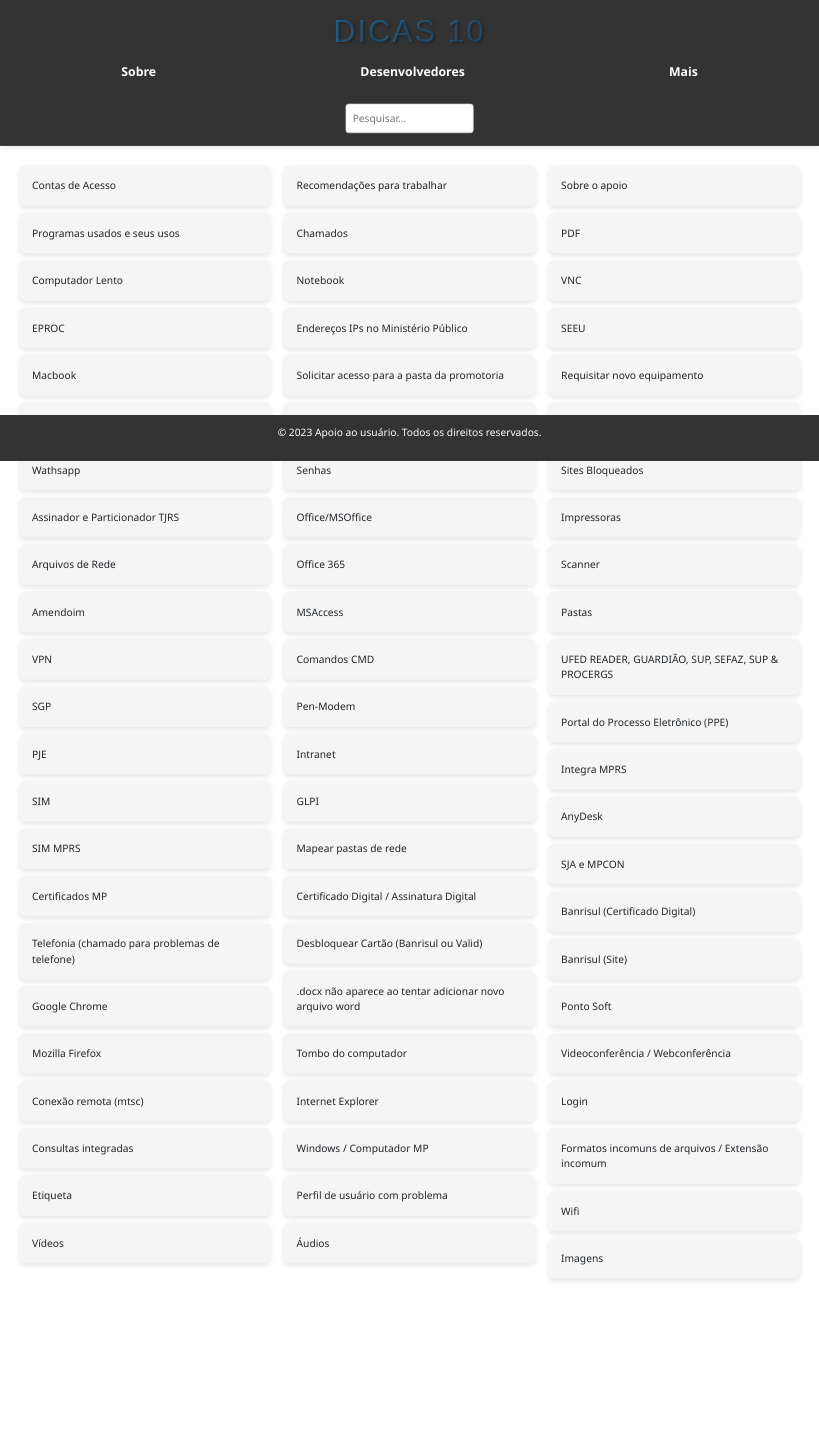
Repository: I4guito/dicasdez
Page: Dicas site/index.html
An editor plug-in stored every save of this project. The page is shown before and after the next save, followed by the edit.
The browser window is 1280 px wide. The pictures show the whole page, at 64% of full size.

Above is the page before, as saved 2023-12-11 12:17:21.

### Dicas site/index.html
<!DOCTYPE html>
<html lang="en">
<head>
    <meta charset="UTF-8">
    <meta name="viewport" content="width=device-width, initial-scale=1, shrink-to-fit=no">
    <link rel="stylesheet" href="https://stackpath.bootstrapcdn.com/bootstrap/4.3.1/css/bootstrap.min.css">
    <script src="https://code.jquery.com/jquery-3.3.1.slim.min.js"></script>
    <script src="https://stackpath.bootstrapcdn.com/bootstrap/4.3.1/js/bootstrap.min.js"></script>
    <link rel="stylesheet" href="styles.css">
    <script src="script.js"></script>

    <title>Dicas 10</title>
</head>
<body>
    <header>
        <h1>Dicas 10</h1>
        <nav>
            <ul>
                <li><a href="/Dicas site/Sobre/sobre.html">Sobre </a></li>
                <li><a href="/Dicas site/Desenvolvedores/desen.html">Desenvolvedores</a></li>
                <li><a href="/Dicas site/Mais/Mais.html">Mais</a></li>
            </ul>
        </nav>
        <input type="text" id="searchBar" placeholder="Pesquisar..." oninput="filterItems()">
    </header>

    <main>
        <div class="column" id="column1">
            <div class="box" onclick="openPage('/Dicas site/Dicas/contasacesso')">Contas de Acesso</div>
            <div class="box" onclick="openPage('/Dicas site/programas/programas')">Programas usados e seus usos</div>
            <div class="box" onclick="openPage('Dicas/pclento')">Computador Lento</div>
            <div class="box" onclick="openPage('Dicas/eproc')">EPROC</div>
            <div class="box" onclick="openPage('Dicas/macbook')">Macbook</div>
            <div class="box" onclick="openPage('Dicas/dns')">DNS</div>
            <div class="box" onclick="openPage('Dicas/waths')">Wathsapp</div>
            <div class="box" onclick="openPage('Dicas/tjrsap')">Assinador e Particionador TJRS</div>
            <div class="box" onclick="openPage('Dicas/arquivosderede')">Arquivos de Rede</div>
            <div class="box" onclick="openPage('Dicas/amendoim')">Amendoim</div>
            <div class="box" onclick="openPage('Dicas/vpn')">VPN</div>
            <div class="box" onclick="openPage('Dicas/SGP')">SGP</div>
            <div class="box" onclick="openPage('Dicas/PJE')">PJE</div>
            <div class="box" onclick="openPage('Dicas/SIM')">SIM</div>
            <div class="box" onclick="openPage('Dicas/SIMMPRS')">SIM MPRS</div>
            <div class="box" onclick="openPage('Dicas/certmp')">Certificados MP</div>
            <div class="box" onclick="openPage('Dicas/telefonia')">Telefonia (chamado para problemas de telefone)</div>
            <div class="box" onclick="openPage('Dicas/chrome')">Google Chrome</div>
            <div class="box" onclick="openPage('Dicas/mozilla')">Mozilla Firefox</div>
            <div class="box" onclick="openPage('Dicas/mtsc')">Conexão remota (mtsc)</div>
            <div class="box" onclick="openPage('Dicas/consultasi')">Consultas integradas</div>
            <div class="box" onclick="openPage('Dicas/etiqueta')">Etiqueta</div>
            <div class="box" onclick="openPage('Dicas/sobrevideos')">Vídeos</div>
        </div>

        <div class="column" id="column2">
            <div class="box" onclick="openPage('Dicas/recomenda')">Recomendações para trabalhar</div>
            <div class="box" onclick="openPage('Dicas/chamado')">Chamados</div>
            <div class="box" onclick="openPage('Dicas/notebook')">Notebook</div>
            <div class="box" onclick="openPage('Dicas/ips')">Endereços IPs no Ministério Público</div>
            <div class="box" onclick="openPage('Dicas/pastapro')">Solicitar acesso para a pasta da promotoria</div>
            <div class="box" onclick="openPage('Dicas/pendrive')">Pendrive</div>
            <div class="box" onclick="openPage('Dicas/senhas')">Senhas</div>
            <div class="box" onclick="openPage('Dicas/msoffice')">Office/MSOffice</div>
            <div class="box" onclick="openPage('Dicas/365')">Office 365</div>
            <div class="box" onclick="openPage('Dicas/access')">MSAccess</div>
            <div class="box" onclick="openPage('Dicas/cmd')">Comandos CMD</div>
            <div class="box" onclick="openPage('Dicas/penmodem')">Pen-Modem</div>
            <div class="box" onclick="openPage('Dicas/Intranet')">Intranet</div>
            <div class="box" onclick="openPage('Dicas/GLPI')">GLPI</div>
            <div class="box" onclick="openPage('Dicas/maprede')">Mapear pastas de rede</div>
            <div class="box" onclick="openPage('Dicas/certificadoeassinatura')">Certificado Digital / Assinatura Digital</div>
            <div class="box" onclick="openPage('Dicas/banvalid')">Desbloquear Cartão (Banrisul ou Valid) </div>
            <div class="box" onclick="openPage('Dicas/docxn')">.docx não aparece ao tentar adicionar novo arquivo word</div>
            <div class="box" onclick="openPage('Dicas/tombo')">Tombo do computador</div>
            <div class="box" onclick="openPage('Dicas/explorer')">Internet Explorer</div>
            <div class="box" onclick="openPage('Dicas/windows compmp')">Windows / Computador MP</div>
            <div class="box" onclick="openPage('Dicas/perfilproblema')">Perfil de usuário com problema</div>
            <div class="box" onclick="openPage('Dicas/sobreaudios')">Áudios</div>
        </div>

        <div class="column" id="column3">
            <div class="box" onclick="openPage('Dicas/sapoio')">Sobre o apoio</div>
            <div class="box" onclick="openPage('Dicas/pdf')">PDF</div>
            <div class="box" onclick="openPage('Dicas/vnc')">VNC</div>
            <div class="box" onclick="openPage('Dicas/seeu')">SEEU</div>
            <div class="box" onclick="openPage('Dicas/requisiçãoequip')">Requisitar novo equipamento</div>
            <div class="box" onclick="openPage('Dicas/leitorcartao')">Leitor de Cartão</div>
            <div class="box" onclick="openPage('Dicas/cgasite')">Sites Bloqueados</div>
            <div class="box" onclick="openPage('Dicas/impressoras')">Impressoras</div>
            <div class="box" onclick="openPage('Dicas/scanner')">Scanner</div>
            <div class="box" onclick="openPage('Dicas/pasta')">Pastas</div>
            <div class="box" onclick="openPage('Dicas/alguns sistemas')">UFED READER, GUARDIÃO, SUP, SEFAZ, SUP & PROCERGS</div>
            <div class="box" onclick="openPage('Dicas/PPE')">Portal do Processo Eletrônico (PPE)</div>
            <div class="box" onclick="openPage('Dicas/integra')">Integra MPRS</div>
            <div class="box" onclick="openPage('Dicas/anydesk')">AnyDesk</div>
            <div class="box" onclick="openPage('Dicas/sja')">SJA e MPCON</div>
            <div class="box" onclick="openPage('Dicas/banricert')">Banrisul (Certificado Digital)</div>
            <div class="box" onclick="openPage('Dicas/banrisite')">Banrisul (Site)</div>
            <div class="box" onclick="openPage('Dicas/pontosoft')">Ponto Soft</div>
            <div class="box" onclick="openPage('Dicas/videoconfe')">Videoconferência / Webconferência</div>
            <div class="box" onclick="openPage('Dicas/loginmp')">Login</div>
            <div class="box" onclick="openPage('Dicas/formatosinc')">Formatos incomuns de arquivos / Extensão incomum</div>
            <div class="box" onclick="openPage('Dicas/wifi')">Wifi</div>
            <div class="box" onclick="openPage('Dicas/sobreimagens')">Imagens</div>
        </div>
    </main><br><br><br><br><br><br><br><br><br>


    <footer>
        <p>&copy; 2023 Apoio ao usuário. Todos os direitos reservados.</p>
    </footer>

</body>
</html>

### Dicas site/styles.css
body {
    font-family: 'Segoe UI', Tahoma, Geneva, Verdana, sans-serif;
    margin: 0;
    padding: 0;

}

header {
    background-color: #333;
    color: #fff;
    text-align: center;
    padding: 20px;
    box-shadow: 0 4px 8px rgba(0, 0, 0, 0.1);
}

header h1{
    margin: 0;
    font-size: 3em;
    font-family: 'Quicksand', sans-serif; /* Fonte personalizada do Google Fonts */
    color: #fff;
    text-transform: uppercase; /* Transforma o texto para maiúsculas */
    letter-spacing: 3px; /* Espaçamento entre letras */
    background: linear-gradient(135deg, #2980b9, #2c3e50); /* Gradiente azul-escuro */
    -webkit-background-clip: text;
    color: transparent;
    text-shadow: 2px 2px 4px rgba(0, 0, 0, 0.4); /* Sombra do texto */
    animation: glow 2s infinite alternate; /* Animação de brilho */
}

nav ul {
    list-style-type: none;
    padding: 0;
    display: flex;
    justify-content: space-around;
    margin-top: 10px;
    background-color: #333;
    padding: 10px;
    border-radius: 5px;
}

nav a {
    text-decoration: none;
    color: #fff;
    font-weight: bold;
    font-size: 1.2em;
    transition: color 0.3s ease-in-out;
}

nav a:hover {
    color: #ffd700;
}

input[type="text"] {
    padding: 10px;
    margin-top: 10px;
    width: 200px;
    border: 1px solid #ccc;
    border-radius: 5px;
}

main {
    display: flex;
    justify-content: space-around;
    padding: 20px;
}

.column {
    flex: 1;
}


.box {
    background-color: #f5f5f5;
    padding: 20px;
    margin: 10px;
    cursor: pointer;
    border-radius: 10px;
    box-shadow: 0 4px 8px rgba(0, 0, 0, 0.1);
    transition: background-color 0.3s ease-in-out;
}

.box:hover {
    background-color: #ddd;
}

footer {
    background-color: #333;
    color: #fff;
    text-align: center;
    padding: 1em;
    position: fixed;
    bottom: 0;
    width: 100%;
}

### Dicas site/script.js
function filterItems() {
    var searchBar = document.getElementById('searchBar');
    var filter = searchBar.value.toUpperCase();

    var columns = document.getElementsByClassName('column');
    for (var i = 0; i < columns.length; i++) {
        var boxes = columns[i].getElementsByClassName('box');
        for (var j = 0; j < boxes.length; j++) {
            var item = boxes[j];
            var textValue = item.textContent || item.innerText;
            if (textValue.toUpperCase().indexOf(filter) > -1) {
                item.style.display = "";
            } else {
                item.style.display = "none";
            }
        }
    }
}

function openPage(pageName) {
    window.location.href = pageName + '.html';
}

const isOpera = navigator.userAgent.indexOf("OPR") > -1;

if (isOpera) {
    document.addEventListener("DOMContentLoaded", function () {
        const containers = document.querySelectorAll(".container");
        containers.forEach(function (container) {
            container.style.backgroundColor = "#005c4b";
            container.style.color = "#333";
        });
    });
}

After the next save:
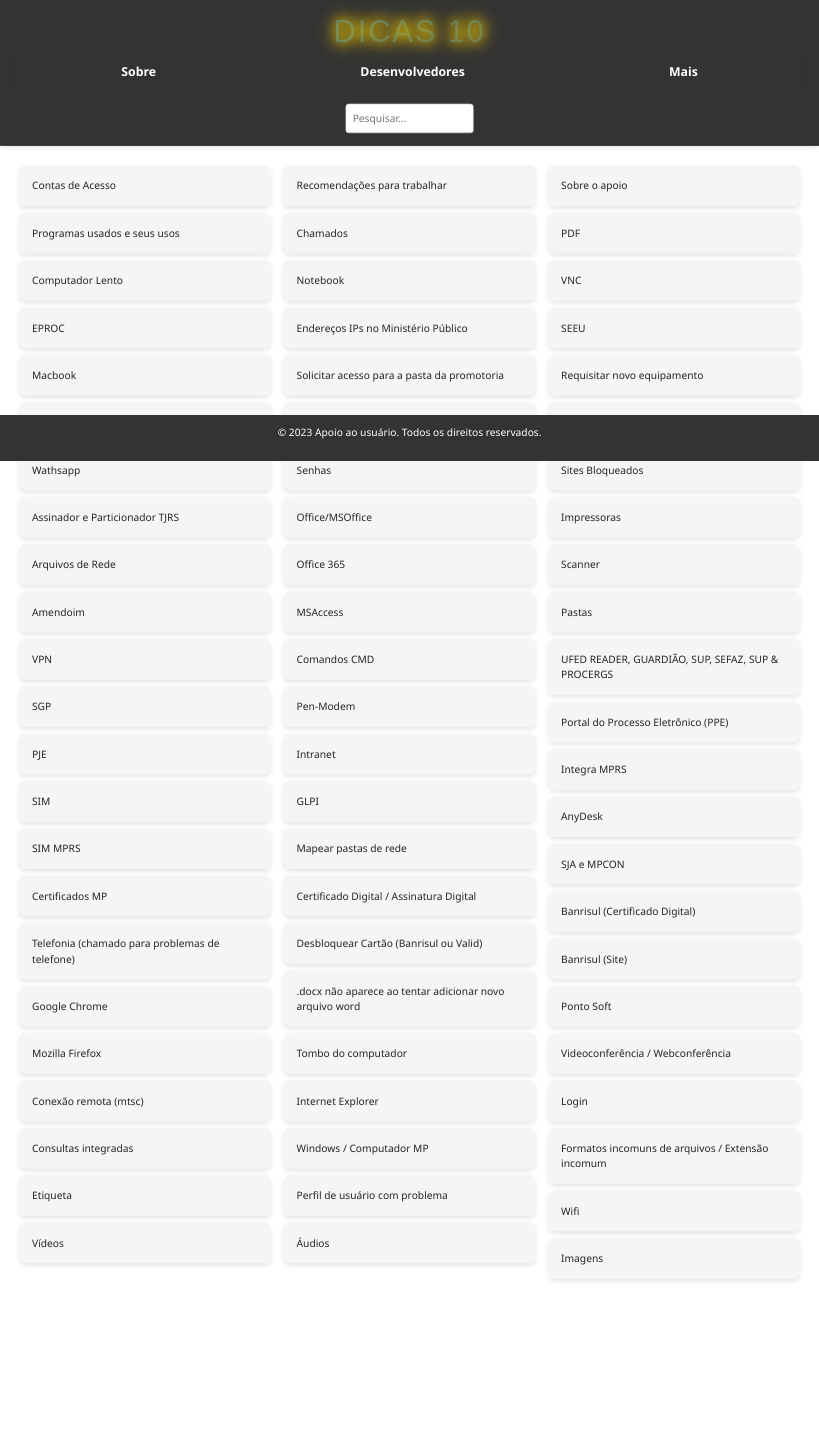
Saved 14 s later.
--- a/Dicas site/styles.css
+++ b/Dicas site/styles.css
@@ -25,6 +25,15 @@
     color: transparent;
     text-shadow: 2px 2px 4px rgba(0, 0, 0, 0.4); /* Sombra do texto */
     animation: glow 2s infinite alternate; /* Animação de brilho */
+}
+
+@keyframes glow {
+    from {
+        text-shadow: 2px 2px 4px rgba(0, 0, 0, 0.4);
+    }
+    to {
+        text-shadow: 0 0 20px #ffd700, 0 0 30px #ffd700, 0 0 40px #ffd700; /* Efeito de brilho */
+    }
 }
 
 nav ul {

After the save that followed:
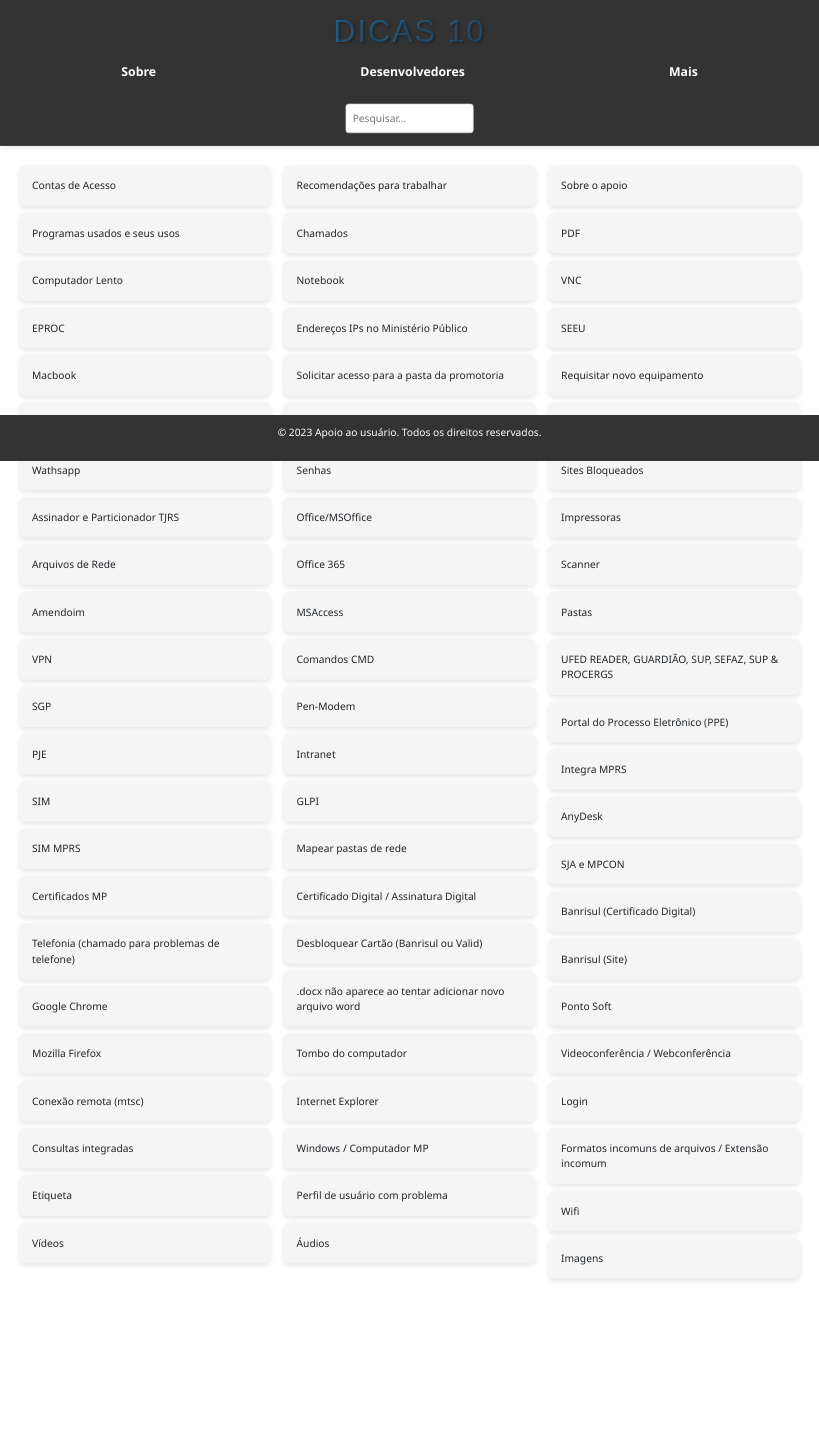
Saved 45 s later.
--- a/Dicas site/styles.css
+++ b/Dicas site/styles.css
@@ -27,14 +27,7 @@
     animation: glow 2s infinite alternate; /* Animação de brilho */
 }
 
-@keyframes glow {
-    from {
-        text-shadow: 2px 2px 4px rgba(0, 0, 0, 0.4);
-    }
-    to {
-        text-shadow: 0 0 20px #ffd700, 0 0 30px #ffd700, 0 0 40px #ffd700; /* Efeito de brilho */
-    }
-}
+
 
 nav ul {
     list-style-type: none;
